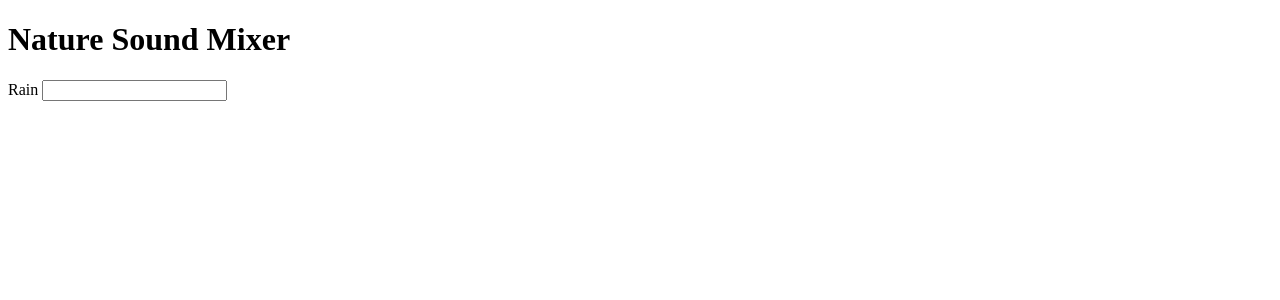
Repository: Suonii/nature-sound-mixer
Page: index.html
These files come from the project's save history. The page is drawn as it stood at one moment and after the next save; the edit follows.
The browser window is 1280 px wide. The pictures show the whole page.

Above is the page before, as saved 2024-07-24 09:28:26.

### index.html
<!DOCTYPE html>
<!-- Declares the document type and version of HTML-->
<html lang="en">
<!-- Sets the language attribute to english-->
<head>
    <!--sets the character encoding for the document UTF-8-->
    <meta charset="UTF=8">
    <!--ensures the page is responsive to different screen sizes and sets the viewport(the visible area of a webpage)-->
    <meta name="viewport" content="width=device-width, initial-scale=1.0">
    <!--the title of the webpage, displayed in the browser tab-->
    <title>Nature Sound Mixer</title>
    <!--links to the external css file for styling the webpage-->
    <link rel="stylesheet" href="styles.css">

</head>
<body>
    <!--The main container for te content of the web page-->
    <div class="container">
        <!--header title for the nature sound mixer-->
        <h1>Nature Sound Mixer</h1>

        <!--sound control section for rain sound-->
        <div class="sound control" id="rain">
            <!--label for the rain volume slider-->
            <label for="rain-slider">Rain</label>
            <!--Range input slider for controlling rain sound volume-->
            <input type
    </div>
</body>

Loaded but not shown: styles.css (no copy from this time; the picture is the same without it)

After the next save:
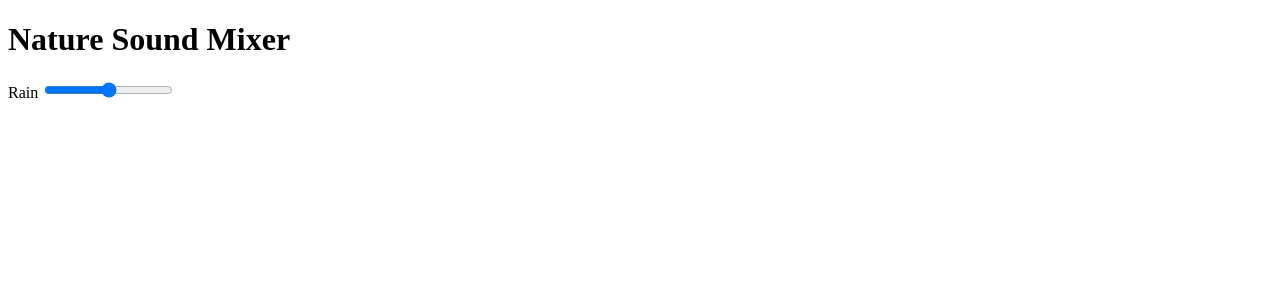
Saved 6 s later.
--- a/index.html
+++ b/index.html
@@ -24,6 +24,6 @@
             <!--label for the rain volume slider-->
             <label for="rain-slider">Rain</label>
             <!--Range input slider for controlling rain sound volume-->
-            <input type
+            <input type="range"
     </div>
 </body>
